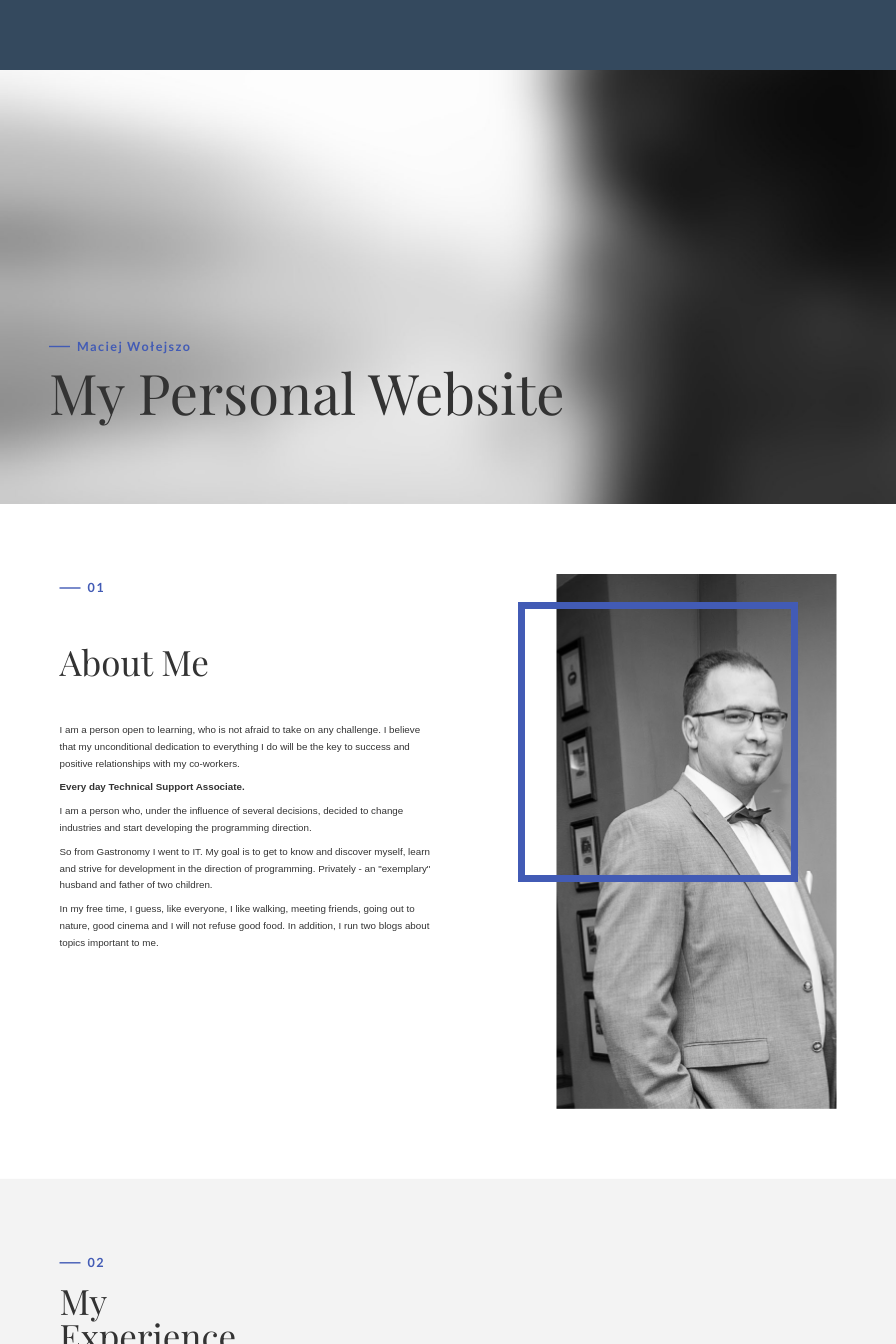
Repository: Maciej85Lodz/maciejwolejszo.pl
Page: index.html
An editor plug-in stored every save of this project. The page is shown before and after the next save, followed by the edit.
The browser window is 1280 px wide. The pictures show the part of the page from y = 0 to 1920 px (the page is 5952 px tall), at 70% of full size.
Some icons come from a web library that is not loaded, so they are not drawn. Some web fonts or font styles are not loaded; a fallback is used. Some web libraries are served in a nearby version.

Above is the page before, as saved 2019-06-30 17:47:38.

### index.html
<!DOCTYPE html>
<html lang="en">

<head>
    <meta charset="utf-8">
    <meta http-equiv="X-UA-Compatible" content="IE=edge">
    <meta name="viewport" content="width=device-width, initial-scale=1">
    <title>Maciej Wołejszo</title>
    <link rel="icon" href="img/favicon.ico" type="image/x-icon">
    <!-- Bootstrap -->
    <link href="css/bootstrap.min.css" rel="stylesheet">
    <link href="ionicons/css/ionicons.min.css" rel="stylesheet">
    <link href="css/animate.min.css" rel="stylesheet">
    <link href="css/aos.css" rel="stylesheet">
    <!-- main style -->
    <link href="css/style.css" rel="stylesheet">
    <!-- techno icons -->
    <link rel="stylesheet" href="https://cdn.rawgit.com/konpa/devicon/df6431e323547add1b4cf45992913f15286456d3/devicon.min.css">
    <!-- hamburger menu -->
    <link rel="stylesheet" href="https://use.fontawesome.com/releases/v5.6.1/css/all.css">


</head>

<body>

    <!-- Preloader -->
    <div id="preloader">
        <div id="status">

            <div class="preloader" aria-busy="true" aria-label="Loading, please wait." role="progressbar">
            </div>

        </div>
    </div>
    <!-- ./Preloader -->
    <!-- header -->
    <header class="navbar-fixed-top header">
        <nav>
            <input type="checkbox" id="chk">
            <label for="chk" class="show-menu-btn">
                  <i class="fas fa-ellipsis-h"></i>
            <ul class="hammenu">
                <li><a href="#about">About Me</a></li>
                <li><a href="#experience">experience</a></li>
                <li><a href="#technologies">main technologies</a></li>
                <li><a href="#projects">projects</a></li>
                <li><a href="#contact">contact</a></li>
                <label for="chk" class="hide-menu-btn">
                    <i class="fas fa-times"></i>
                  </label>
            </ul>
        </nav>
    </header>
    <!-- ./header -->
    <!-- home -->
    <div class="section" id="home" data-stellar-background-ratio="0">
        <div class="container">
            <div class="disply-table">
                <div class="table-cell" data-aos="fade-up" data-aos-delay="0">
                    <h4>Maciej Wołejszo</h4>
                    <h1 class="title-home">My Personal Website</h1>
                </div>
            </div>
        </div>
    </div>
    <!-- ./home -->
    <!-- about -->
    <div class="section" id="about">
        <div class="container">
            <div class="col-md-6" data-aos="fade-up">
                <h4>01</h4>
                <h1 class="size-50"><br /> About Me</h1>
                <div class="h-50"></div>
                <p>I am a person open to learning, who is not afraid to take on any challenge. I believe that my unconditional dedication to everything I do will be the key to success and positive relationships with my co-workers. </p>
                <p><strong>Every day Technical Support Associate.</strong></p>
                <p>I am a person who, under the influence of several decisions, decided to change industries and start developing the programming direction. </p>
                <p>So from Gastronomy I went to IT. My goal is to get to know and discover myself, learn and strive for development in the direction of programming. Privately - an "exemplary" husband and father of two children. </p>
                <p>In my free time, I guess, like everyone, I like walking, meeting friends, going out to nature, good cinema and I will not refuse good food. In addition, I run two blogs about topics important to me. </p>
                <div class="h-50"></div>
            </div>
            <div class="col-md-6 about-img-div">
                <div class="about-border" data-aos="fade-up" data-aos-delay=".4"></div>
                <img src="img/aboutme.png" width="400" class="img-responsive" alt="" align="right" data-aos="fade-right" data-aos-delay=".5" />
            </div>
        </div>
    </div>
    <!-- ./about -->
    <!-- experience  -->
    <div class="section " id="experience">
        <div class="container">
            <div class="col-md-12">
                <h4>02</h4>
                <h1 class="size-50">My <br /> Experience</h1>
                <div class="h-50"></div>
            </div>
            <div class="col-md-12">
                <ul class="timeline">
                    <li class="timeline-event" data-aos="fade-up">
                        <label class="timeline-event-icon"></label>
                        <div class="timeline-event-copy">
                            <p class="timeline-event-thumbnail">March 2016 - Present</p>
                            <h3>Modis Polska / Peoplevox</h3>
                            <h4>Technical Support Associate</h4>
                            <p>
                                <strong>Key responsibilities</strong>
                                <br>
                                <p>
                                    Work for Peoplevox Limited (http://www.peoplevox.co.uk/), Solving and replying to support tickets raised by external users of an application, Analyzing root causes and identifying a resolution to production issues with an application. Helping testers
                                    write test automation scripts, Fixing simple bugs, Assisting development team with simple development and maintenance tasks with WMS application. Development and maintenance tasks with Internal management application
                                    Creating unit tests (Moq and xUnit).
                                </p>
                            </p>
                        </div>
                    </li>
                </ul>
                <ul class="timeline">
                    <li class="timeline-event" data-aos="fade-up">
                        <label class="timeline-event-icon"></label>
                        <div class="timeline-event-copy">
                            <p class="timeline-event-thumbnail">January 2015 - February 2014</p>
                            <h3>Infosys BPO</h3>
                            <h4>Business Data Analyst at Reporting Shared Services [ReSS] Transformation Team</h4>
                            <p>
                                <strong>Key responsibilities</strong>
                                <br>
                                <p>
                                    Generating and update Reports. Analyzing Reports. Transformation Reports. Support Development Team. Support of Delivery Team.
                                </p>
                            </p>
                        </div>
                    </li>
                </ul>
                <ul class="timeline">
                    <li class="timeline-event" data-aos="fade-up">
                        <label class="timeline-event-icon"></label>
                        <div class="timeline-event-copy">
                            <p class="timeline-event-thumbnail">January 2015 - February 2014</p>
                            <h3>Infosys BPO</h3>
                            <h4>Process Executive at Sourcing & Procurement department</h4>
                            <p>
                                <strong>Key responsibilities</strong>
                                <br>
                                <p>
                                    Purchasing Executive for Philips Netherlands region, Generate and update request in SAP/ SRM system, Create and update Internal Order, Purchasing Order and Cost Center in SAP, Close cooperation and daily contact with Requestor, Support and help in solving
                                    problems and the implementation of urgent notifications, Support other Department buying Philips Netherlands region, Participation in meetings, training sessions and Conference calls with Philips S&P Process Management
                                </p>
                        </div>
                    </li>
                </ul>
                <ul class="timeline">
                    <li class="timeline-event" data-aos="fade-up">
                        <label class="timeline-event-icon"></label>
                        <div class="timeline-event-copy">
                            <p class="timeline-event-thumbnail">August 2012 - January 2014</p>
                            <h3>Staffline Group</h3>
                            <h4>SAP Produkt operative</h4>
                            <p>
                                <strong>Key responsibilities</strong>
                                <br>
                                <p>
                                    Supporting storage processes of products, Relocation of products between departments, Control and review of stock list, Creating the inventory documentation and quality, Producing and verifying shift reports.
                                </p>
                        </div>
                    </li>
                </ul>
                <ul class="timeline">
                    <li class="timeline-event" data-aos="fade-up">
                        <label class="timeline-event-icon"></label>
                        <div class="timeline-event-copy">
                            <p class="timeline-event-thumbnail">November 2009 - December 2010</p>
                            <h3>Fornetti Poland</h3>
                            <h4>Area Sales Manager</h4>
                            <p>
                                <strong>Key responsibilities</strong>
                                <br>
                                <p>
                                    Being responsible for the corporate branch functioning, Handling cost and sales control, Creation of customer service standards, Handling employee training and managing recruitment processes, Cooperation with franchising partners, Leading business negotiations,
                                    Creation of P&L and sales reports
                                </p>
                            </p>
                        </div>
                    </li>
                </ul>
            </div>
        </div>
    </div>
    <!-- ./experience -->
    <!-- technologies -->
    <div class="section " id="technologies">
        <div class="container ">
            <div class="col-md-6 ">
                <h4>03</h4>
                <h1 class="size-50 ">Main <br /> Technologies</h1>
                <br />
                <div>
                    <tr>
                        <td>
                            <span class="size-80">
                        <i class="devicon-csharp-plain colored"></i>
                        <div class="progress beltsize">
                            <div class="progress-bar progress-bar-striped active" role="progressbar" aria-valuenow="5"
                                 aria-valuemin="0" aria-valuemax="10" style="width:60%">
                                Intermediate
                            </div>
                        </div>
                    </span>
                        </td>
                        <td>
                            <span class="size-80">
                    <i class="devicon-dot-net-plain-wordmark colored"></i>
                    <div class="progress beltsize ">
                        <div class="progress-bar progress-bar-striped active" role="progressbar" aria-valuenow="5"
                                aria-valuemin="0" aria-valuemax="10" style="width:60%">
                            Intermediate
                        </div>
                    </div>
                    </span>
                        </td>
                        <td>
                            <span class="size-80">
                    <i class="devicon-javascript-plain colored"></i>
                    <div class="progress beltsize">
                        <div class="progress-bar progress-bar-striped active" role="progressbar" aria-valuenow="5 "
                                aria-valuemin="0" aria-valuemax="10" style="width:60%">
                            Beginner
                        </div>
                    </div>
                    </span>
                        </td>
                        <td>
                            <span class="size-80">
                        <i class="devicon-html5-plain-wordmark colored"></i>
                        <div class="progress beltsize">
                            <div class="progress-bar progress-bar-striped active" role="progressbar" aria-valuenow="5"
                                 aria-valuemin="0" aria-valuemax="10" style="width:60%">
                                Beginner
                            </div>
                        </div>
                    </span>
                        </td>
                        <td>
                            <span class="size-80">
                        <i class="devicon-css3-plain-wordmark colored"></i>
                        <div class="progress beltsize">
                            <div class="progress-bar progress-bar-striped active" role="progressbar" aria-valuenow="5"
                                 aria-valuemin="0" aria-valuemax="10" style="width:60%">
                                Beginner
                            </div>
                        </div>
                    </span>
                        </td>
                    </tr>
                </div>
            </div>
        </div>
    </div>
    <!-- ./technologies -->
    <!-- projects -->
    <div class="section" id="projects">
        <div class="container">
            <div class="col-md-12">
                <h4>04</h4>
                <h1 class="size-50">My <br /> Projects</h1>
            </div>
            <!-- main container -->
            <div class="main-container portfolio-inner clearfix">
                <!-- portfolio div -->
                <div class="portfolio-div">
                    <div class="portfolio">
                        <!-- portfolio_filter -->
                        <div class="categories-grid wow fadeInLeft">
                            <nav class="categories">
                                <ul class="portfolio_filter">
                                    <li>
                                        <a href=" " class="active" data-filter="*">All</a>
                                        <p>TBC</p>
                                    </li>
                                    <li>
                                        <a href=" " data-filter=".photography">Aplications</a>
                                        <p>TBC</p>
                                    </li>
                                </ul>
                            </nav>
                        </div>
                        <!-- portfolio_filter -->
                        <!-- portfolio_container -->
                        <div class="no-padding portfolio_container clearfix" data-aos="fade-up">
                            <!-- end portfolio_container -->
                        </div>
                        <!-- portfolio -->
                    </div>
                    <!-- end portfolio div -->
                </div>
                <!-- end main container -->
            </div>
        </div>
        <!-- ./projects -->
        <!-- contact -->
        <div class="section" id="contact">
            <div class="container">
                <div class="col-md-12">
                    <h4>05</h4>
                    <h1 class="size-50">Contact Me</h1>
                    <div class="h-50"></div>
                </div>
                <div class="col-md-4" data-aos="fade-up">

                    <h3>Email</h3>
                    <p>contact@maciejwolejszo.pl</p>

                    <h3>Social Network</h3>

                    <ul class="social">
                        <li><a href="# "><i class="ion-social-facebook"></i></a></li>
                        <li><a href="# "><i class="ion-social-twitter"></i></a></li>
                        <li><a href="# "><i class="ion-social-instagram"></i></a></li>
                        <li><a href="# "><i class="ion-social-dribbble"></i></a></li>
                    </ul>
                    <div class="clearfix"></div>
                    <div class="h-50"></div>
                </div>
                <div class="col-md-8" data-aos="fade-up">
                    <form class="contact-bg" id="contact-form" name="contact" action="https://formspree.io/contact@maciejwolejszo.pl" method="POST" novalidate="novalidate">
                        <input type="text" name="name" class="form-control" placeholder="Your Name " />
                        <input type="email" name="email" class="form-control" placeholder="Your E-mail" />
                        <input type="text" name="phone" class="form-control" placeholder="Phone Number" />
                        <textarea name="message" class="form-control" placeholder="Your Message" style="height:120px"></textarea>
                        <button id="submit" type="submit" name="submit">Send</button>
                        <div id="success">
                            <p class="green textcenter"> Your message was sent successfully! I will be in touch as soon as I can. </p>
                        </div>
                        <div id="error">
                            <p> Something went wrong, try refreshing and submitting the form again. </p>
                        </div>
                    </form>
                </div>
            </div>
        </div>
        <!-- footer-->
        <footer>
            <div class="footer">
                <p>All rights reserved - &copy; <span id="year"></span> || powered by csharpowezmagania.pl</p>
                <p>Created with Love in Łódź.</p>
            </div>
        </footer>
        <!-- end foter-->
        <!-- ./contact -->
    </div>


    <!-- jQuery -->
    <script src="js/jquery.js"></script>
    <!--  plugins  -->
    <script src="js/bootstrap.min.js"></script>
    <script src="js/plugins.js"></script>
    <script src="js/aos.js"></script>
    <!--<script src="js/jquery.form.js"></script>-->
    <script src="js/jquery.validate.min.js"></script>

    <!--  main script  -->
    <script src="js/custom.js"></script>
</body>

</html>

Loaded but not shown: css/bootstrap.min.css (library); ionicons/css/ionicons.min.css (library); css/animate.min.css (library); css/aos.css (library); js/jquery.js (library); js/bootstrap.min.js (library); js/plugins.js (library); js/aos.js (library); js/jquery.validate.min.js (library); js/custom.js (165 lines, source omitted); css/style.css (924 lines, source omitted)

After the next save:
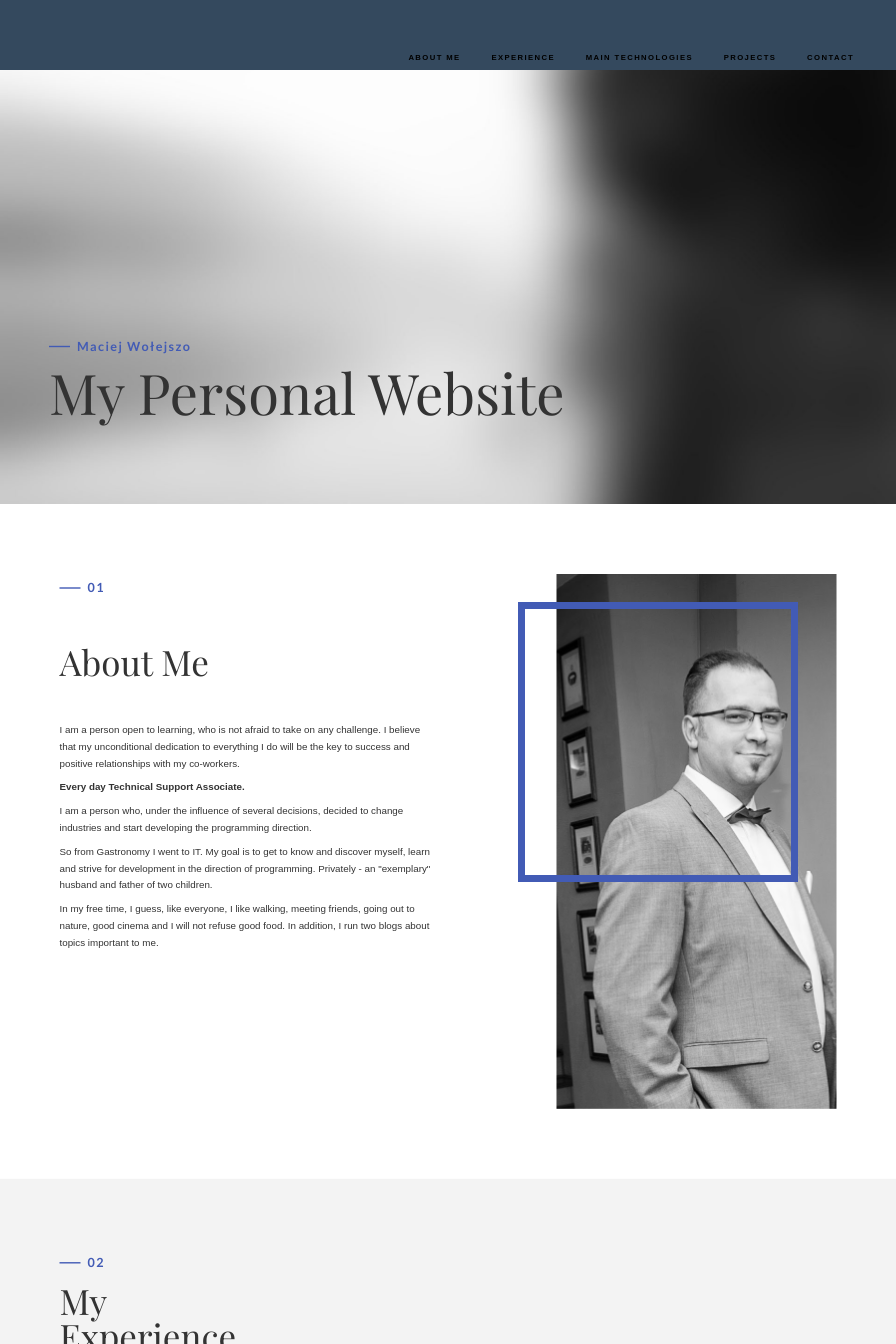
Saved 47 s later.
--- a/index.html
+++ b/index.html
@@ -40,6 +40,7 @@
             <input type="checkbox" id="chk">
             <label for="chk" class="show-menu-btn">
                   <i class="fas fa-ellipsis-h"></i>
+            </label>
             <ul class="hammenu">
                 <li><a href="#about">About Me</a></li>
                 <li><a href="#experience">experience</a></li>
